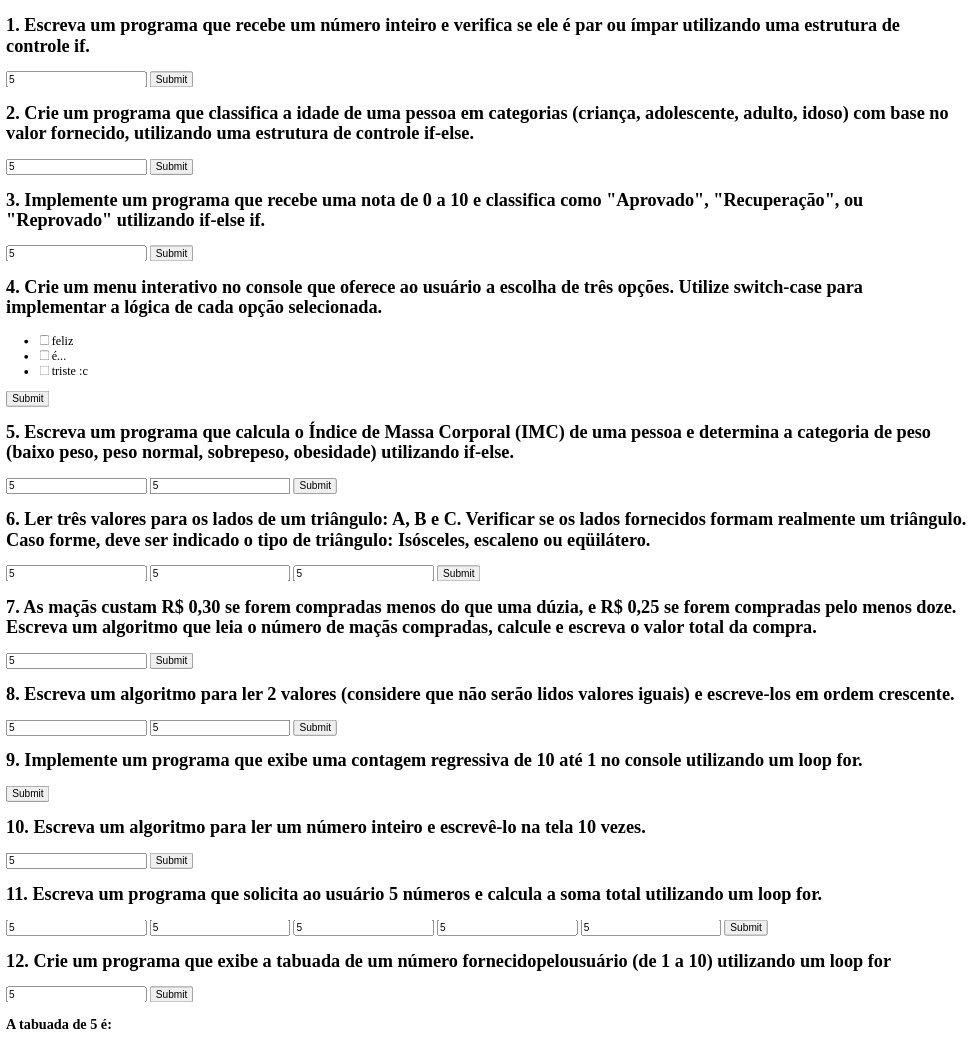
Repository: chidekina/prati-logica
Page: index.html
These files come from the project's save history. The page is drawn as it stood at one moment and after the next save; the edit follows.
The browser window is 1280 px wide. The pictures show the whole page, at 76% of full size.
Empty fields were first filled with sample values (such as "Sample", 5 or name@example.com).
After loading, the first visible `input[onclick="tabuada()"]` was clicked once.

Above is the page before, as saved 2025-05-03 10:55:51.

After the next save:
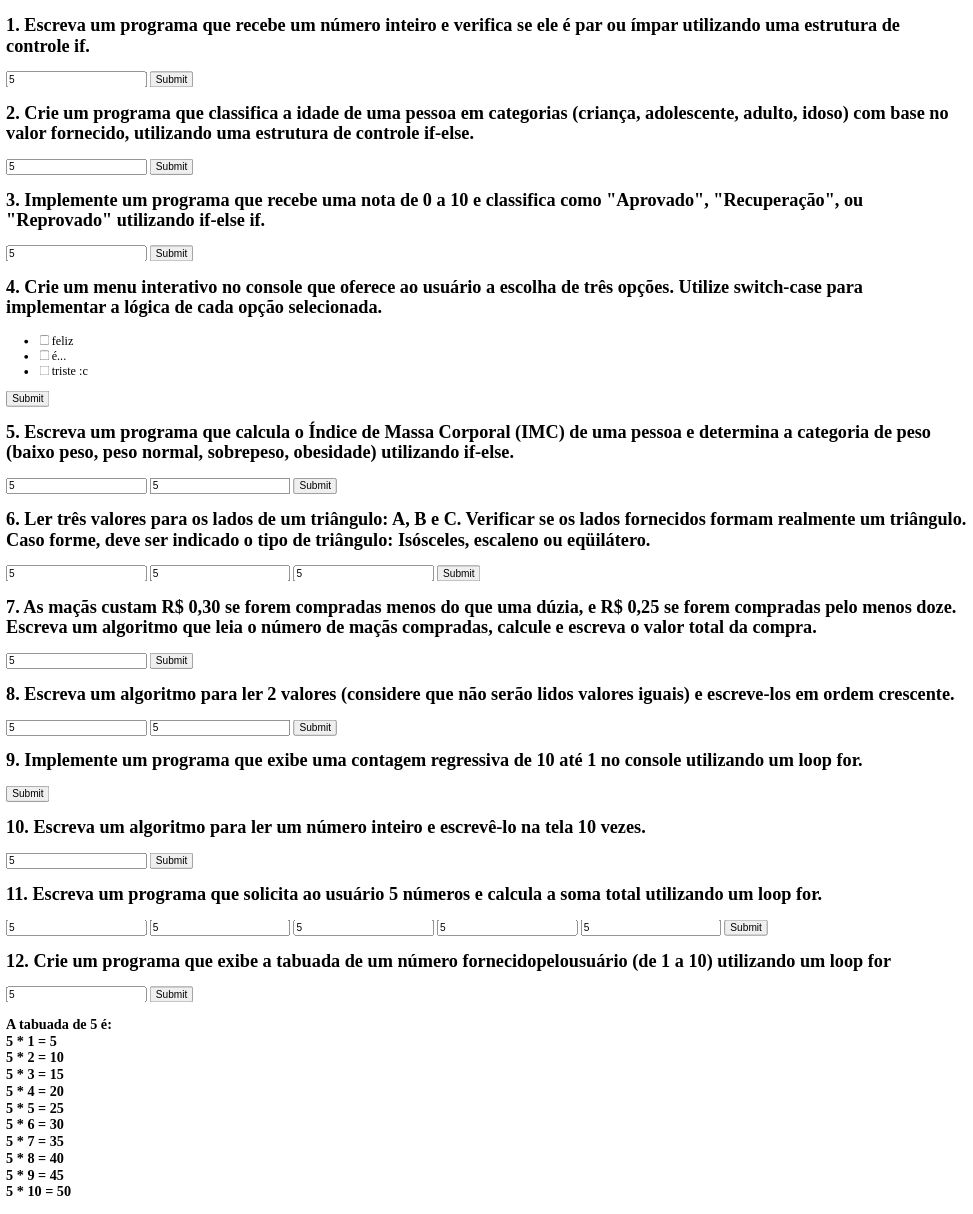
Saved 7 s later.
--- a/app.js
+++ b/app.js
@@ -206,7 +206,7 @@ function tabuada() {
     tabuada += `${numero} * ${i} = ${numero * i}<br>`;
   }
 
-  answer.innerHTML = `A tabuada de ${numero} é:<br> `
-
-
-}
+  answer.innerHTML = `A tabuada de ${numero} é:<br> ${tabuada}`
+
+
+}
